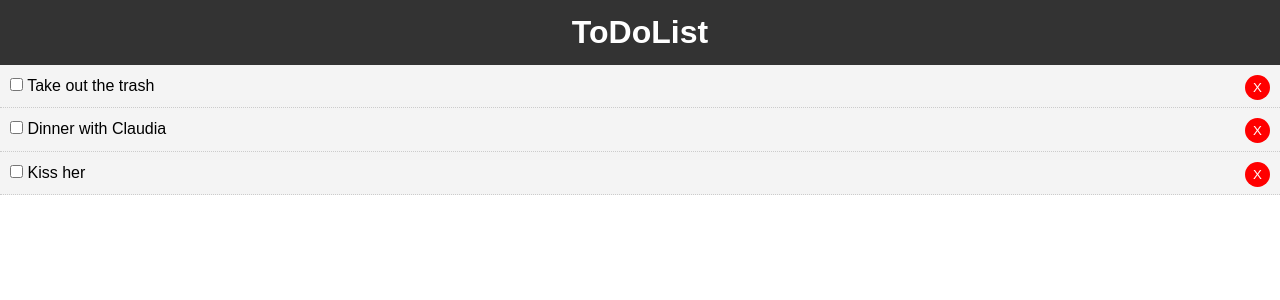
Repository: konstantin0s/todo-react
Page: /
An editor plug-in stored every save of this project. The page is shown before and after the next save, followed by the edit.
The browser window is 1280 px wide. The pictures show the whole page.
The project was rebuilt for these pictures with package versions that can differ from the ones it lists, and the page was loaded fresh each time.

Above is the page before, as saved 2019-03-09 16:16:51.

### public/index.html
<!DOCTYPE html>
<html lang="en">
  <head>
    <meta charset="utf-8" />
    <link rel="shortcut icon" href="%PUBLIC_URL%/favicon.ico" />
    <meta
      name="viewport"
      content="width=device-width, initial-scale=1, shrink-to-fit=no"
    />
    <meta name="theme-color" content="#000000" />

    <link rel="manifest" href="%PUBLIC_URL%/manifest.json" />

    <title>ToDoList</title>
  </head>
  <body>
    <noscript>You need to enable JavaScript to run this app.</noscript>
    <div id="root"></div>

  </body>
</html>

### src/App.js
import React, { Component } from 'react';
import Todos from './components/Todos';
import Header from './components/layout/Header';
import AddTodo from './components/AddTodo';
import './App.css';

class App extends Component {
  state = {
    todos: [
      {
        id: 1,
        title: 'Take out the trash',
        completed: false
      },
      {
        id: 2,
        title: 'Dinner with Claudia',
        completed: false
      },
      {
        id: 3,
        title: 'Kiss her',
        completed: false
      }
    ]
  }

  //Toggle complete
  markComplete = (id) => {
    this.setState( { todos: this.state.todos.map(todo => {
      if(todo.id === id) {
            todo.completed = !todo.completed
      }
      return todo;
    }) } );
 }

 delTodo = (id) => {
   this.setState({ todos: [...this.state.todos.filter(todo => todo.id !== id)] });
 }

  render() {
    console.log(this.state.todos);
    return (
      <div className="App">
      <Header />
        <Todos todos={this.state.todos} markComplete={this.markComplete}
        delTodo={this.delTodo} />
      </div>
    );
  }
}

export default App;

### src/components/Todos.js
import React, { Component } from 'react';
import TodoItem from './TodoItem';
import PropTypes from 'prop-types';


class Todos extends Component {


  render() {
    return this.props.todos.map((todo) => (
      <TodoItem key={todo.id} todo={todo} markComplete=
      {this.props.markComplete} delTodo={this.props.delTodo} />
    ));
  }
}
//Proptypes
Todos.propTypes = {
  todos: PropTypes.array.isRequired
}

export default Todos;

### src/components/layout/Header.js
import React from 'react'

export default function Header() {
  return (
   <header style={headerStyle}>
     <h1>ToDoList</h1>
   </header>
  )
}


const headerStyle = {
  background: '#333',
  color: '#fff',
  textAlign: 'center',
  padding: '10px'
}

### src/components/TodoItem.js
import React, { Component } from 'react';
import PropTypes from 'prop-types';

class TodoItem extends Component {

  getStyle = () => {
    return  {
      background: '#f4f4f4',
      padding: '10px',
      borderBottom: '1px #ccc dotted',
      textDecoration: this.props.todo.completed ?
      'line-through' : 'none'
    }
  }

  render() {
    const { id, title } = this.props.todo;
    return (
   <div style={this.getStyle()}>
     <p>
       <input type="checkbox" onChange={this.props.markComplete.bind
      (this, id)}/> { '' }
     { title }
     <button onClick={this.props.delTodo.bind(this, id)} style={btnStyle}>X</button>
     </p>
   </div>
    )
  }
}

TodoItem.propTypes = {
  todo: PropTypes.object.isRequired
}

const btnStyle = {
  backgroundColor: '#ff0000',
  color: '#fff',
  border: 'none',
  padding: '5px 8px',
  borderRadius: '50%',
  cursor: 'pointer',
  float: 'right'
}

export default TodoItem;

### src/components/AddTodo.js
import React, { Component } from 'react'

export class AddTodo extends Component {
  render() {
    return (
      <form style={{ display:'flex' }}>
        <input
        style={{ flex: '10', padding: '5px' }}
        type="text"
        name="title"
        placeholder="Add ToDo" />
         <input type="submit"
          value="Submit" className="btn"
          style={{flex: '1'}} />
      </form>
    )
  }
}

export default AddTodo

Loaded but not shown: src/index.js (common file); src/App.css (common file)

After the next save:
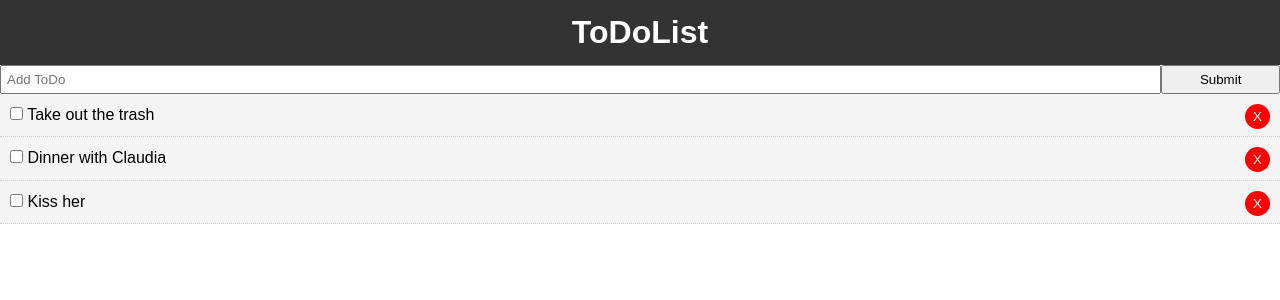
Saved 15 s later.
--- a/src/App.js
+++ b/src/App.js
@@ -44,6 +44,7 @@ class App extends Component {
     return (
       <div className="App">
       <Header />
+      <AddTodo />
         <Todos todos={this.state.todos} markComplete={this.markComplete}
         delTodo={this.delTodo} />
       </div>
